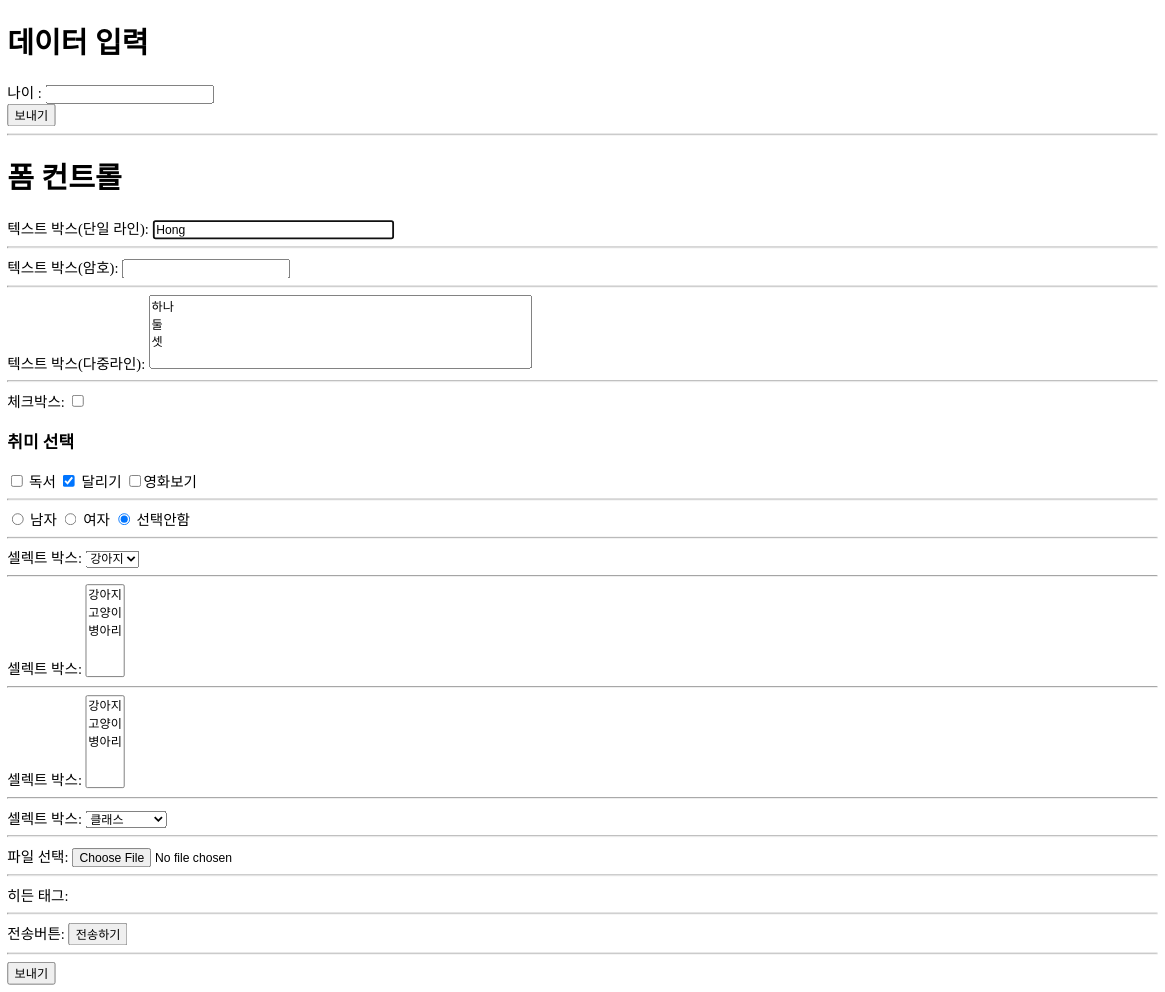
Repository: seula123/Front-End
Page: ClientTest/src/main/webapp/html/ex18_form.html
These files come from the project's save history. The page is drawn as it stood at one moment and after the next save; the edit follows.
The browser window is 1280 px wide. The pictures show the whole page, at 91% of full size.

Above is the page before, as saved 2023-09-21 07:29:14.

After the next save:
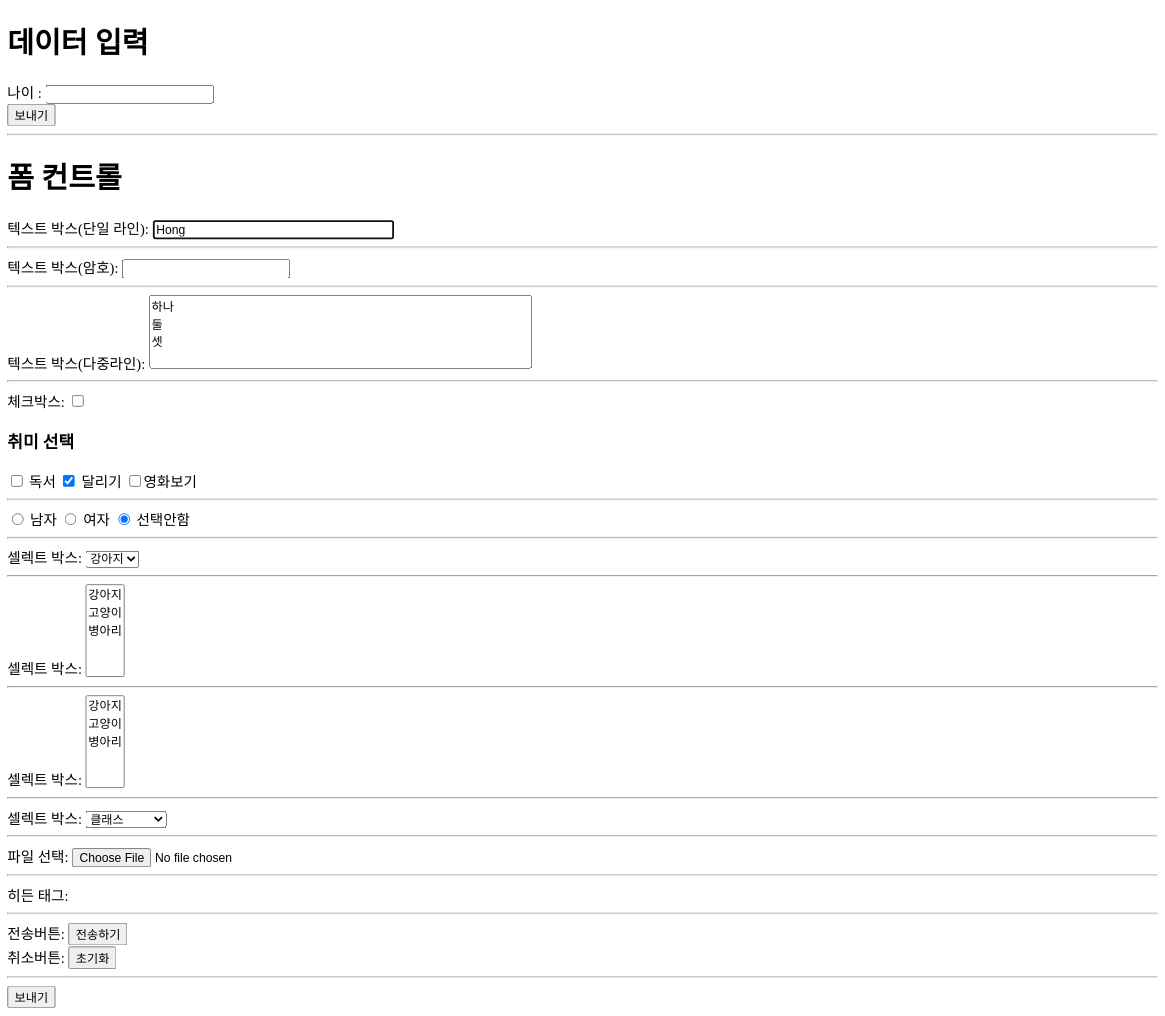
Saved 63 s later.
--- a/ClientTest/src/main/webapp/html/ex18_form.html
+++ b/ClientTest/src/main/webapp/html/ex18_form.html
@@ -231,7 +231,10 @@
 
     -->
    전송버튼: <input type = "submit" value="전송하기">
-
+   <br>
+
+   취소버튼: <input type= "reset" value = "초기화">
+	<br>
 
 
 
